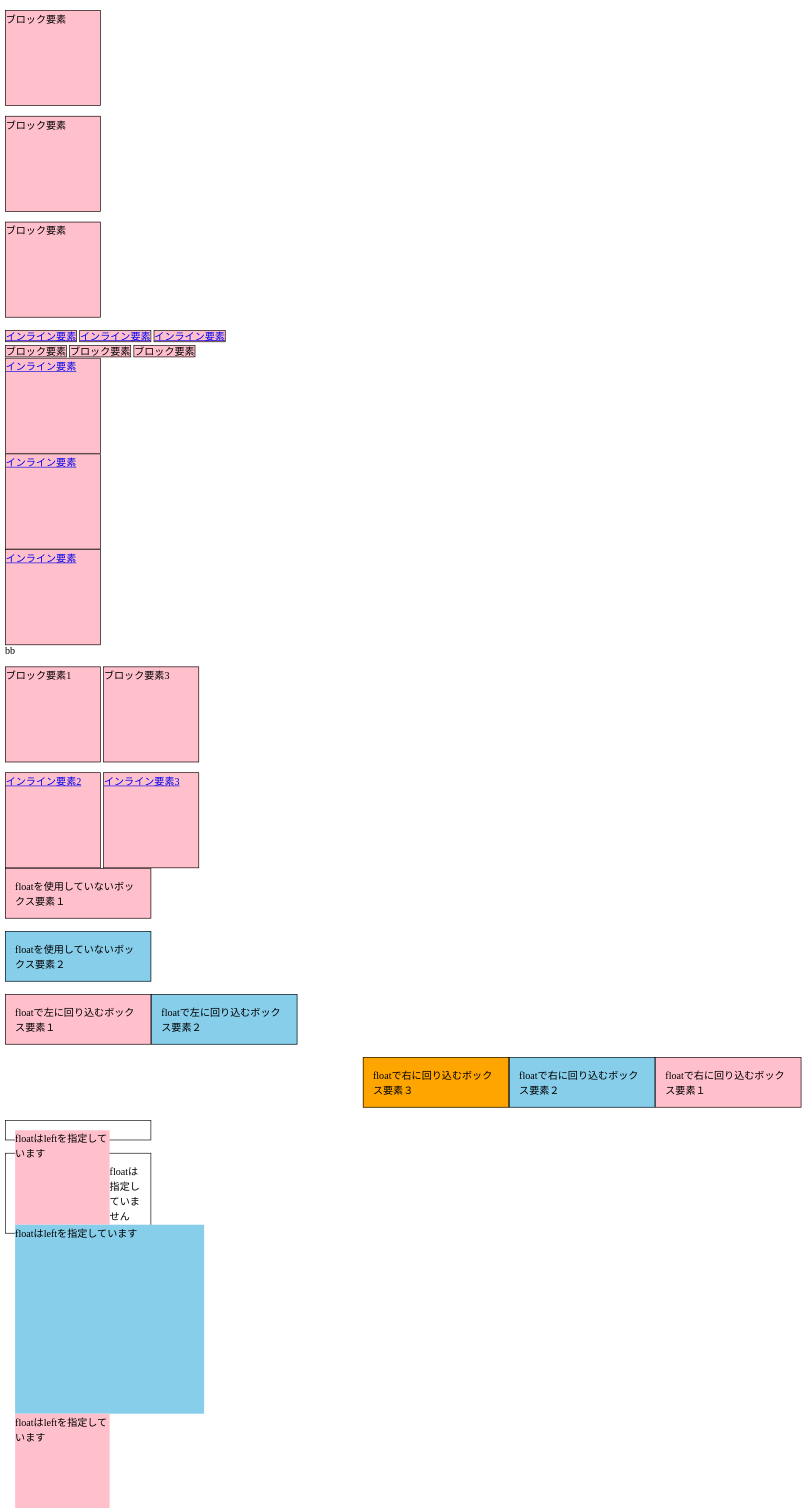
Repository: syokaturyou/potepan
Page: index4.html
The author's editor kept a record of every edit. The page is drawn from the files as they stood at one moment, then again after the next edit.
The browser window is 1280 px wide. The pictures show the whole page, at 63% of full size.

Above is the page before.

### index4.html
<!DOCTYPE html>
  <html>
   <head>
    <meta charset="utf-8">
    <title>Potepan</title>
    <link rel="stylesheet" href="test2.css">
  </head>
<body>

  <div>
      <p class="block_sample">ブロック要素</p>
      <p class="block_sample">ブロック要素</p>
      <p class="block_sample">ブロック要素</p>
    </div>

    <div>
      <a href="#" class="inline_sample">インライン要素</a>
      <a href="#" class="inline_sample">インライン要素</a>
      <a href="#" class="inline_sample">インライン要素</a>
    </div>


   <div>
      <p class="block_sampleB">ブロック要素</p>
      <p class="block_sampleB">ブロック要素</p>
      <p class="block_sampleB">ブロック要素</p>
    </div>

    <div>
      <a href="#" class="inline_sampleB">インライン要素</a>
      <a href="#" class="inline_sampleB">インライン要素</a>
      <a href="#" class="inline_sampleB">インライン要素</a>
    </div>
    bb
    <!-- <div>-->
    <!--  <p class="block_sampleC">ブロック要素1</p>-->
    <!--  <p class="block_sampleC">ブロック要素2</p>-->
    <!--  <p class="block_sampleC">ブロック要素3</p>-->
    <!--</div>-->

    <!--<div>-->
    <!--  <a href="#" class="inline_sampleC">インライン要素1</a>-->
    <!--  <a href="#" class="inline_sampleC">インライン要素2</a>-->
    <!--  <a href="#" class="inline_sampleC">インライン要素3</a>-->
    <!--</div>-->

    <div>
      <p class="block_sampleC">ブロック要素1</p>
      <p class="block_sampleC hide">ブロック要素2</p> <!-- hideクラスを追加 -->
      <p class="block_sampleC">ブロック要素3</p>
    </div>

    <div>
      <a href="#" class="inline_sampleC hide">インライン要素1</a> <!-- hideクラスを追加 -->
      <a href="#" class="inline_sampleC">インライン要素2</a>
      <a href="#" class="inline_sampleC">インライン要素3</a>
    </div>

      <!-- floatを指定しない -->
    <div>
      <div class="box no_float1">floatを使用していないボックス要素１</div>
      <div class="box no_float2">floatを使用していないボックス要素２</div>
    </div>

    <!-- floatで左に回り込ませる -->
    <div>
      <div class="box left1">floatで左に回り込むボックス要素１</div>
      <div class="box left2">floatで左に回り込むボックス要素２</div>
    </div>
    <div class="clear"></div>

    <!-- floatで右に回り込ませる -->
    <div>
      <div class="box right1">floatで右に回り込むボックス要素１</div>
      <div class="box right2">floatで右に回り込むボックス要素２</div>
      <div class="box right3">floatで右に回り込むボックス要素３</div>
    </div>
    <div class="clear"></div>

    <div class="box">
      <div class="left_a">floatはleftを指定しています</div>
      <div class="left_b">floatはleftを指定しています</div>
    </div>

    <div class="box">
      <div class="left_a">floatはleftを指定しています</div>
      <div class="left_c">floatは指定していません</div>
    </div>

</body>
</html>

### test2.css
.block_sample {
      background-color: pink;
      border: 1px solid black;
      width: 150px;
      height: 150px;
    }

    .inline_sample {
      background-color: pink;
      border: 1px solid black;
      width: 150px;
      height: 150px;
    }

    .block_sampleB {
      display: inline;
      background-color: pink;
      border: 1px solid black;
      width: 150px;
      height: 150px;
    }

    .inline_sampleB {
      display: block;
      background-color: pink;
      border: 1px solid black;
      width: 150px;
      height: 150px;
    }

     .block_sampleC {
      display: inline-block; /* ブロック要素をインラインブロック要素に変更 */
      background-color: pink;
      border: 1px solid black;
      width: 150px;
      height: 150px;
    }

    .inline_sampleC {
      display: inline-block; /* インライン要素をインラインブロック要素に変更 */
      background-color: pink;
      border: 1px solid black;
      width: 150px;
      height: 150px;
    }


    .hide {
      display: none; /* 非表示にするプロパティ値を指定 */
    }


    .box {
      width: 200px;
      padding: 15px;
      border: 1px solid black;
      margin-bottom: 20px;
    }

    .no_float1 {
      background-color: pink;
    }

    .no_float2 {
      background-color: skyblue;
    }

    .left1 {
      background-color: pink;
      float: left;
    }

    .left2 {
      background-color: skyblue;
      float: left;
    }

    .right1 {
      background-color: pink;
      float: right;
    }

    .right2 {
      background-color: skyblue;
      float: right;
    }

    .right3 {
      background-color: orange;
      float: right;
    }

    .clear {
      clear: both;
    }

       .left_a {
      background-color: pink;
      width: 150px;
      height: 150px;
      float: left;
    }

    .left_b {
      background-color: skyblue;
      width: 300px;
      height: 300px;
      float: left;
    }

After the next edit:
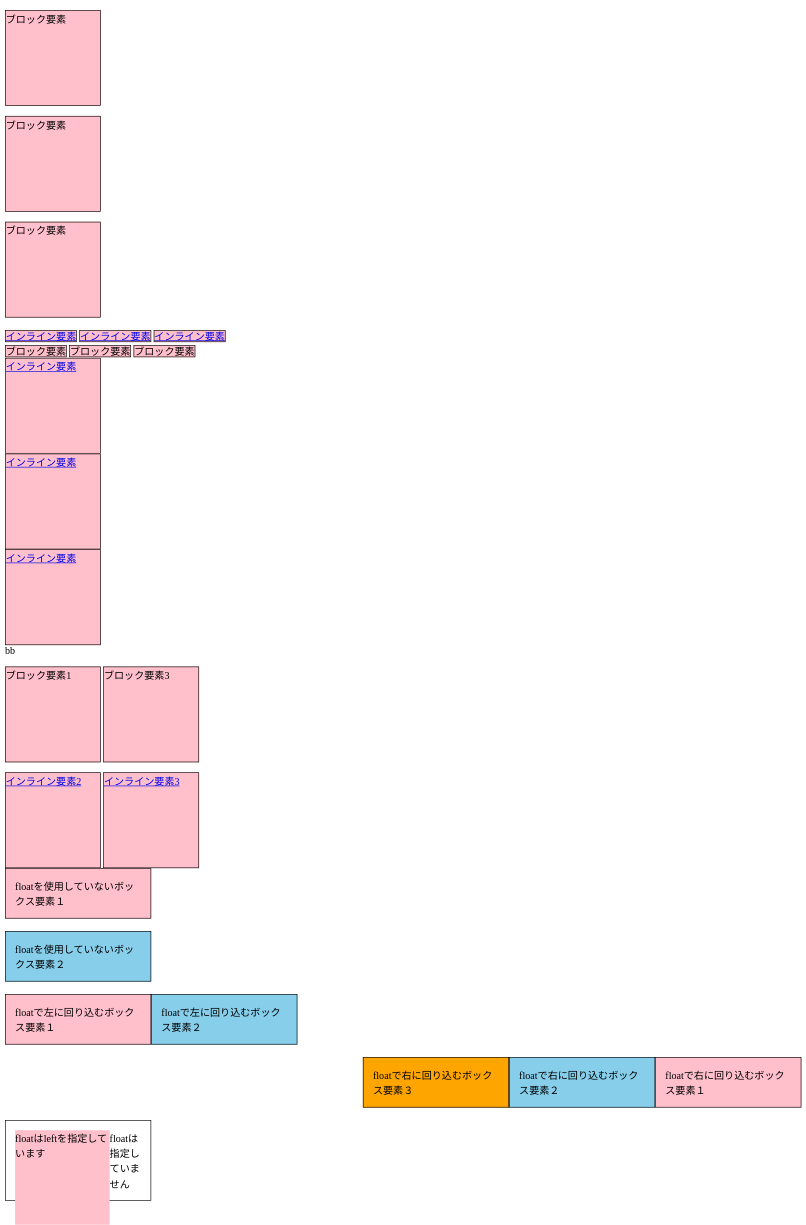
The edit:
--- a/index4.html
+++ b/index4.html
@@ -77,10 +77,10 @@
     </div>
     <div class="clear"></div>
 
-    <div class="box">
-      <div class="left_a">floatはleftを指定しています</div>
-      <div class="left_b">floatはleftを指定しています</div>
-    </div>
+    <!--<div class="box">-->
+    <!--  <div class="left_a">floatはleftを指定しています</div>-->
+    <!--  <div class="left_b">floatはleftを指定しています</div>-->
+    <!--</div>-->
 
     <div class="box">
       <div class="left_a">floatはleftを指定しています</div>
